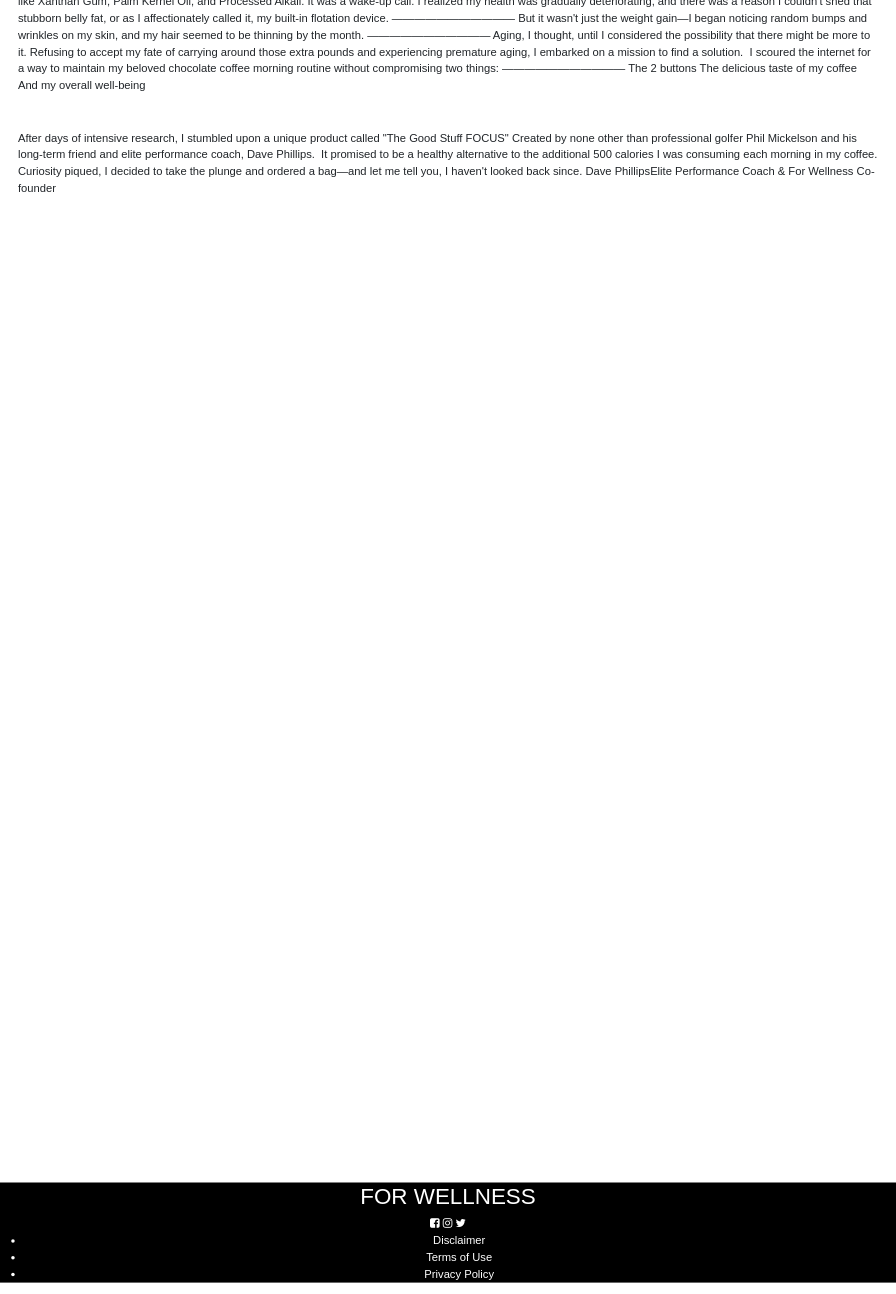
Repository: dariusprince90/wellness-landing
Page: index.html
These files come from the project's save history. The page is drawn as it stood at one moment and after the next save; the edit follows.
The browser window is 1280 px wide. The pictures show the part of the page from y = 796 to 2716 px (the page is 2644 px tall before and 2716 px after), at 70% of full size.

Above is the page before, as saved 2023-07-25 15:48:46.

### index.html
<!doctype html>
<html lang="en">

<head>
  <title>Title</title>
  <!-- Required meta tags -->
  <meta charset="utf-8">
  <meta name="viewport" content="width=device-width, initial-scale=1, shrink-to-fit=no">

  <!-- Bootstrap CSS v5.2.1 -->
  <link href="https://cdn.jsdelivr.net/npm/bootstrap@5.2.1/dist/css/bootstrap.min.css" rel="stylesheet"
    integrity="sha384-iYQeCzEYFbKjA/T2uDLTpkwGzCiq6soy8tYaI1GyVh/UjpbCx/TYkiZhlZB6+fzT" crossorigin="anonymous">

    <link rel="stylesheet" href="https://maxcdn.bootstrapcdn.com/font-awesome/4.7.0/css/font-awesome.min.css">
    <link rel="stylesheet" href="css/styles.css">


</head>

<body>
  <header>
    Urgent News for Coffee Lovers Across America

  </header>
  <main>

    <section class="s-001-text">

        The Healthy Coffee Creamer that will completely elevate your morning routine.


Could this decadent mocha creamer be the
secret to better Aging, Improved Energy Levels, and a Healthier Body Composition?


1st sales banners

Boosts Energy
and Burns Fat

Boost Focus,
Feel Fuller, and Obtain Mental Clarity


Supercharges the Natural Health Benefits of Your Coffee


Supports Joints,
Skin, and
Hair Health

    </section>
<br/>
<br/>

    <section class="s-002-text">

        “I can’t believe this is actually good for me!”

- I shouted out after my first cup of The Good Stuff FOCUS...


———————————
If you're anything like me, you understand the sheer joy of that perfect cup of morning coffee, complete with a generous scoop of sugar and cream.

The aroma fills the air, that first sip tantalizes your taste buds, and a warm rush of satisfaction washes over you.

It's a routine we can all relate to, isn't it?

Now, when it comes to creamers, my weakness has always been those with a cocoa or chocolate flavor.

It takes that already divine experience and elevates it to new heights of indulgence.
    </section>

    <section class="s-003-text">

        But here's the catch—I've always felt a twinge of guilt
when giving in to my sweet tooth and adding those
extra scoops of cream and sugar to my coffee...

    </section>
    <section class="s-004-text">
        Deep down, I knew it wasn't the healthiest choice, yet I found myself doing it almost every morning

———————————


About a year ago, as I glanced at the scale, I realized it was time for a major change.

Despite considering myself fairly healthy, working out three times a week and making smarter food choices like opting for sweet potato fries over regular ones, I still couldn't shake off that stubborn belly fat and flabby arms.

It puzzled me.

How could I be putting in the effort to stay healthy but still struggle with 20-30 pounds of excess weight?

———————————


For as long as I can remember, my routine involved jogging to Starbucks in Naperville each morning, treating myself to either a grande Java Chip Frappuccino or a Venti Cafe Mocha as a reward for completing my run.

I always assumed these drinks were relatively healthy, no different from the coffee I made at home with cream and sugar.

That illusion shattered when I stumbled upon a Facebook post from one of my fit friends, exposing the alarming sugar content in Starbucks drinks.

Naturally, I was skeptical at first, but curiosity got the better of me. I visited Starbucks' website, and there it was—the nutrition label, revealing a shocking truth.
    </section>
    <section class="s-005-text">
        <img src=""/ alt="test.png">
        <img src=""/ alt="test.png">

    </section>
    <section class="s-006-text">
        I'm no nutritionist or personal trainer, but even I could see the red flags: nearly 60 grams of sugar, over 400 calories per drink, and a laundry list of unrecognizable ingredients like Xanthan Gum, Palm Kernel Oil, and Processed Alkali.

It was a wake-up call.

I realized my health was gradually deteriorating, and there was a reason I couldn't shed that stubborn belly fat, or as I affectionately called it, my built-in flotation device.
———————————


But it wasn't just the weight gain—I began noticing
random bumps and wrinkles on my skin, and my hair
seemed to be thinning by the month.
———————————


Aging, I thought, until I considered the possibility that there might be more to it.

Refusing to accept my fate of carrying around those extra pounds and experiencing premature aging, I embarked on a mission to find a solution.

I scoured the internet for a way to maintain my beloved chocolate coffee morning routine without compromising two things:
———————————


The 2 buttons

The delicious taste of my coffee

And my overall well-being
    </section>

    <section class="s-007-text">

After days of intensive research,
I stumbled upon a unique product
called "The Good Stuff FOCUS"


Created by none other than professional golfer Phil Mickelson and his long-term friend and elite performance coach, Dave Phillips.

It promised to be a healthy alternative to the additional 500 calories
I was consuming each morning in my coffee.

Curiosity piqued, I decided to take the plunge and ordered a
bag—and let me tell you,

I haven't looked back since.



Dave PhillipsElite Performance Coach
& For Wellness Co-founder
    </section>

    <section class="s-008-text">
    </section>
    <section class="s-009-text">
    </section>
    <section class="s-010-text">
    </section>
    <section class="s-00#-text">
    </section>

    <section class="s-00#-text">
    </section>

    <section class="s-00#-text">
    </section>
    <section class="s-00#-text">
    </section>
    <section class="s-00#-text">
    </section>
    <section class="s-00#-text">
    </section>

    <section class="s-00#-text">
    </section>

    <section class="s-00#-text">
    </section>
    <section class="s-00#-text">
    </section>
    <section class="s-00#-text">
    </section>
    <section class="s-00#-text">
    </section>

    <section class="s-00#-text">
    </section>

    <section class="s-00#-text">
    </section>
    <section class="s-00#-text">
    </section>
    <section class="s-00#-text">
    </section>
    <section class="s-00#-text">
    </section>

    <section class="s-00#-text">
    </section>

    <section class="s-00#-text">
    </section>
    <section class="s-00#-text">
    </section>
    <section class="s-00#-text">
    </section>
    <section class="s-00#-text">
    </section>

    <section class="s-00#-text">
    </section>

    <section class="s-00#-text">
    </section>
    <section class="s-00#-text">
    </section>


  </main>
  <footer>
    <h2>
        FOR WELLNESS
    </h2>
    <span>
        <i class="fa fa-facebook-square" aria-hidden="true"></i>
        <i class="fa fa-instagram" aria-hidden="true"></i>
        <i class="fa fa-twitter" aria-hidden="true"></i>
        <i class="fa-brands fa-tiktok"></i>


    </span>

    <span>
        <ul>
            <li>Disclaimer</li>
            <li>Terms of Use</li>
            <li>Privacy Policy</li>

        </ul>

    </span>



  </footer>
  <!-- Bootstrap JavaScript Libraries -->
  <script src="https://cdn.jsdelivr.net/npm/@popperjs/core@2.11.6/dist/umd/popper.min.js"
    integrity="sha384-oBqDVmMz9ATKxIep9tiCxS/Z9fNfEXiDAYTujMAeBAsjFuCZSmKbSSUnQlmh/jp3" crossorigin="anonymous">
  </script>

  <script src="https://cdn.jsdelivr.net/npm/bootstrap@5.2.1/dist/js/bootstrap.min.js"
    integrity="sha384-7VPbUDkoPSGFnVtYi0QogXtr74QeVeeIs99Qfg5YCF+TidwNdjvaKZX19NZ/e6oz" crossorigin="anonymous">
  </script>
</body>

</html>

### css/styles.css
@import url('https://fonts.googleapis.com/css2?family=Lato:wght@900&display=swap');

body, footer, header {
    font-family: 'Poppins', sans-serif;
}

footer, header {
    background-color: #000000;
    color: #ffffff;
    text-align: center;
}

footer {
    bottom: 0;
    position: static;
}

ul li {
    text-decoration: none;

}

section {
    padding: 2vw;
}


/*
----------------------------------------------------------------
                Section styles
----------------------------------------------------------------
*/

.s-001-text {
        text-emphasis: none;
}

.s-00#-text {
    text-emphasis: none;
}

.s-00#-text {
    text-emphasis: none;
}

.s-00#-text {
    text-emphasis: none;
}

.s-00#-text {
    text-emphasis: none;
}

.s-00#-text {
    text-emphasis: none;
}


.s-00#-text {
    text-emphasis: none;
}

.s-00#-text {
    text-emphasis: none;
}

.s-00#-text {
    text-emphasis: none;
}

.s-00#-text {
    text-emphasis: none;
}

.s-00#-text {
    text-emphasis: none;
}

.s-00#-text {
    text-emphasis: none;
}

.s-00#-text {
    text-emphasis: none;
}

.s-00#-text {
    text-emphasis: none;
}

.s-00#-text {
    text-emphasis: none;
}

.s-00#-text {
    text-emphasis: none;
}


.s-00#-text {
    text-emphasis: none;
}

.s-00#-text {
    text-emphasis: none;
}

.s-00#-text {
    text-emphasis: none;
}

.s-00#-text {
    text-emphasis: none;
}

.s-00#-text {
    text-emphasis: none;
}


.s-00#-text {
    text-emphasis: none;
}

.s-00#-text {
    text-emphasis: none;
}

.s-00#-text {
    text-emphasis: none;
}

.s-00#-text {
    text-emphasis: none;
}

.s-00#-text {
    text-emphasis: none;
}


.s-00#-text {
    text-emphasis: none;
}

.s-00#-text {
    text-emphasis: none;
}

.s-00#-text {
    text-emphasis: none;
}

.s-00#-text {
    text-emphasis: none;
}

.s-00#-text {
    text-emphasis: none;
}



.s-00#-text {
    text-emphasis: none;
}

.s-00#-text {
    text-emphasis: none;
}

After the next save:
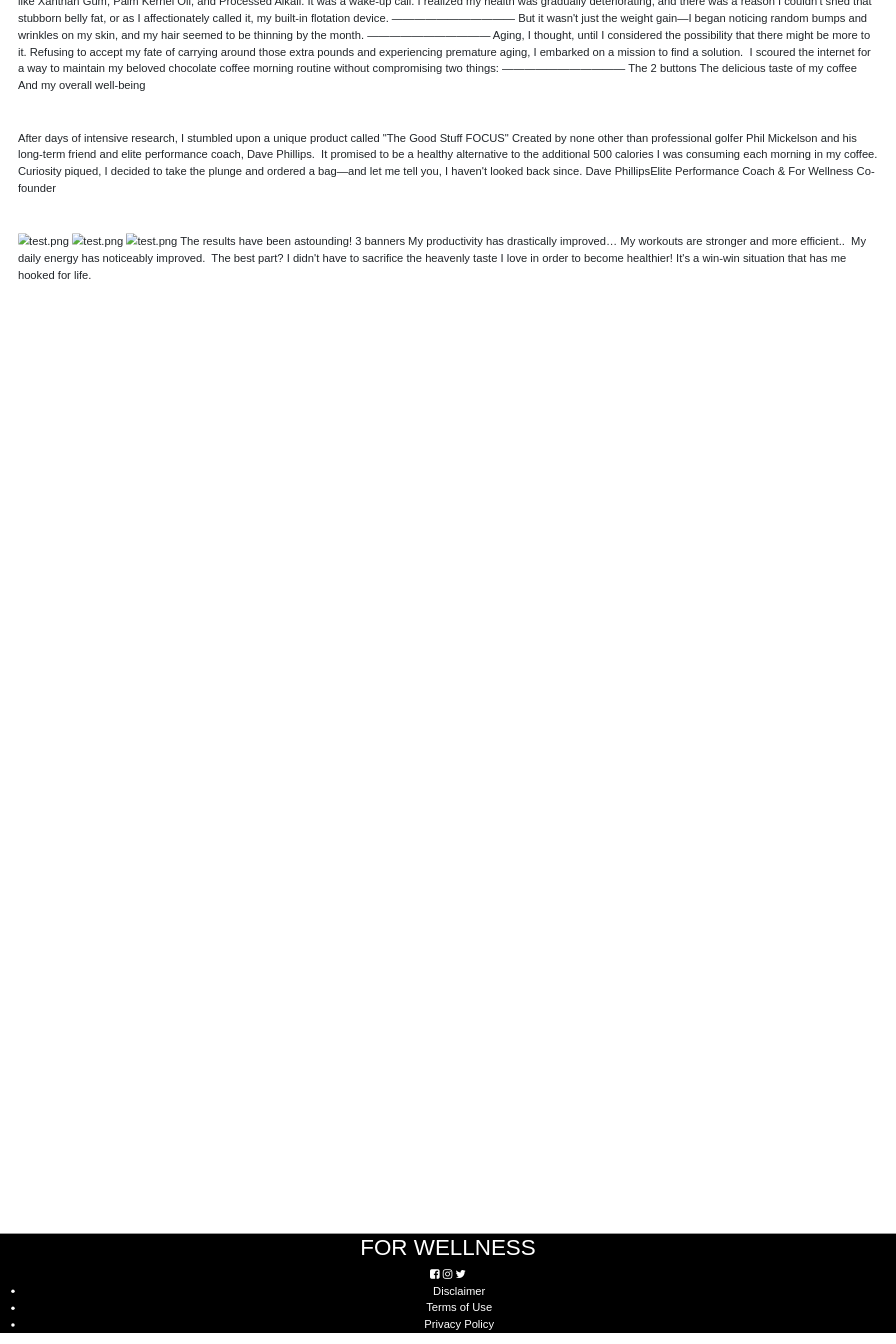
Saved 32 s later.
--- a/index.html
+++ b/index.html
@@ -163,6 +163,30 @@
     </section>
 
     <section class="s-008-text">
+        <img src=""/ alt="test.png">
+        <img src=""/ alt="test.png">
+        <img src=""/ alt="test.png">
+
+        The results have been astounding!
+
+3 banners
+
+My productivity has
+drastically improved…
+
+My workouts are stronger
+and more efficient..
+
+My daily energy has
+noticeably improved.
+
+The best part?
+
+I didn't have to sacrifice the heavenly taste I love
+in order to become healthier!
+
+It's a win-win situation that has me hooked for life.
+
     </section>
     <section class="s-009-text">
     </section>
